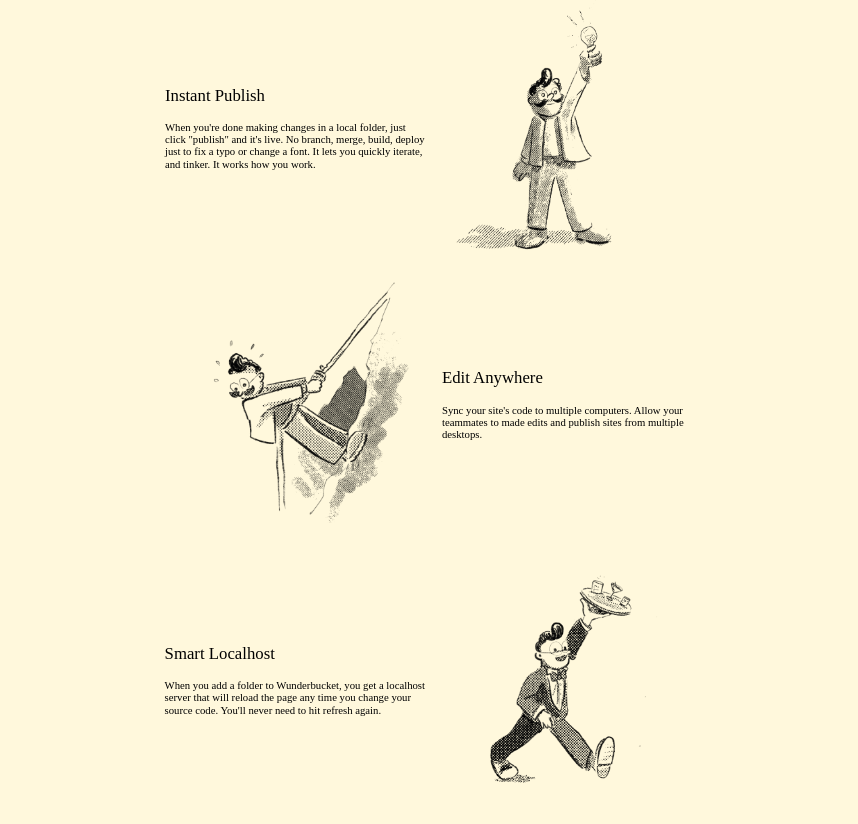
Repository: Pbemits/TEAMWORK-PROJECT-ONE
Page: index.html
An editor plug-in stored every save of this project. The page is shown before and after the next save, followed by the edit.
The browser window is 1280 px wide. The pictures show the whole page, at 67% of full size.
Some web fonts or font styles are not loaded; a fallback is used.

Above is the page before, as saved 2023-09-01 23:24:36.

After the next save:
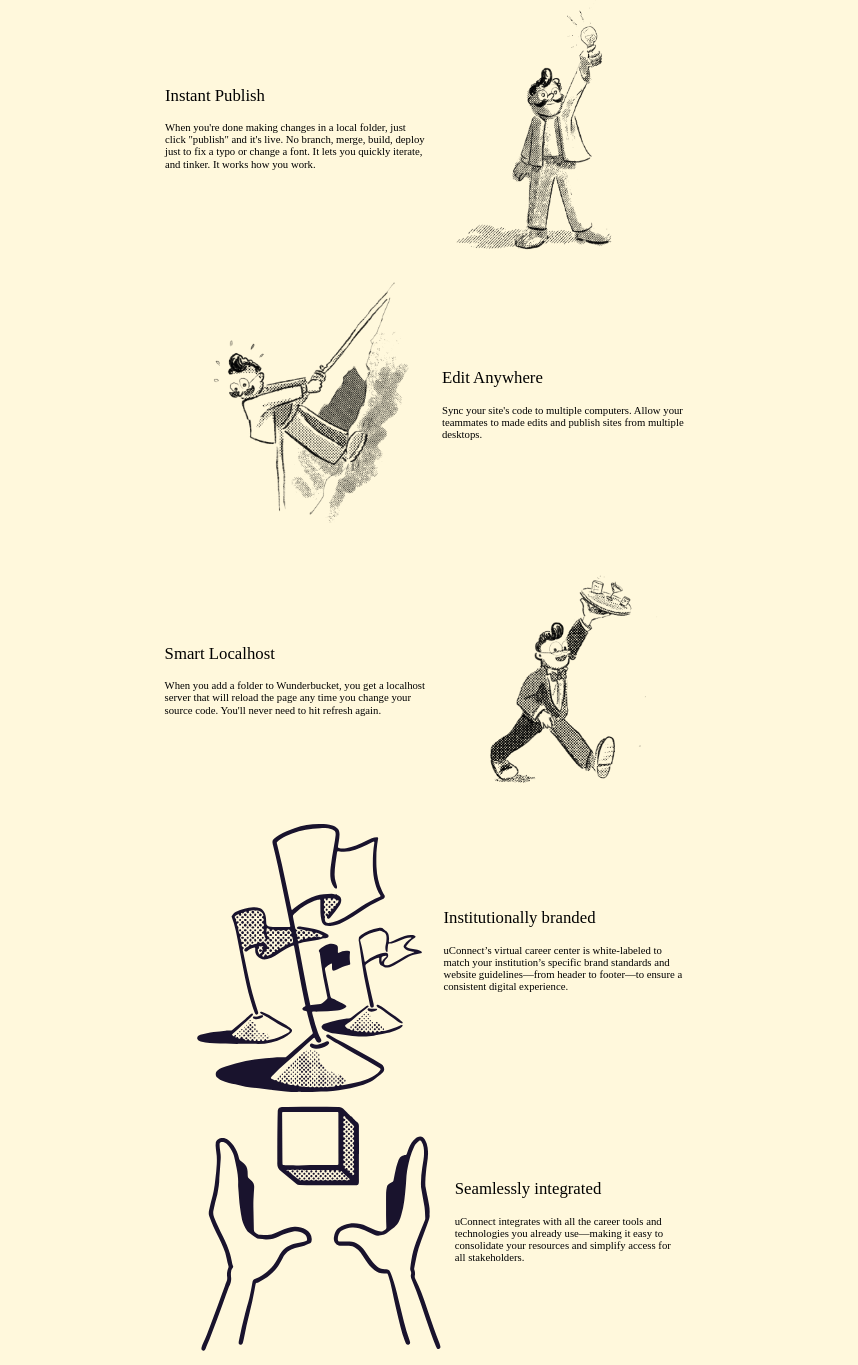
Saved 56 min 31 s later.
--- a/index.html
+++ b/index.html
@@ -98,6 +98,59 @@
         </div>
         <!-- END CONTENT-SECTION-TWO -->
         <!-- END CODE BY XUAN DAI -->
+
+        <!-- CODE BY XUAN DAI -->
+    <div class="content-section-one">
+        <!-- WRAPPER ONE -->
+        <div class="content-wrapper-element-one">
+            <div class="wrapper-element-one">
+                <div class="wrapper-element-image">
+                    <div class="element-img">
+                        <img src="./assets/image/flags.svg" alt="flags">
+                    </div>
+                </div>
+            </div>
+
+            <div class="wrapper-element-two">
+                <div class="wrapper-element-texts">
+                    <div class="element-text-h3">
+                        <h3>Institutionally branded</h3>
+                    </div>
+
+                    <div class="element-texts-paragraph">
+                        <p>uConnect’s virtual career center is white-labeled to<br> match your institution’s specific brand standards and<br> website guidelines—from header to footer—to ensure a<br> consistent digital experience.</p>
+                    </div>
+                </div>
+            </div>
+        </div>
+        <!--END WRAPPER ONE -->
+
+        <!-- WRAPPER TWO -->
+        <div class="content-wrapper-element-two">
+            <div class="wrapper-element-one">
+                <div class="wrapper-element-image">
+                    <div class="element-img">
+                        <img src="./assets/image/hands.svg" alt="flags">
+                    </div>
+                </div>
+            </div>
+
+            <div class="wrapper-element-two">
+                <div class="wrapper-element-texts">
+                    <div class="element-text-h3">
+                        <h3>Seamlessly integrated</h3>
+                    </div>
+
+                    <div class="element-texts-paragraph">
+                        <p>uConnect integrates with all the career tools and<br> technologies you already use—making it easy to<br> consolidate your resources and simplify access for<br> all stakeholders.</p>
+                    </div>
+                </div>
+            </div>
+        </div>
+        <!-- END WRAPPER TWO -->
+
+    </div>
+    <!-- END CODE BY XUAN DAI -->
     </div>
     <!-- TODO: FOOTER MAIN -->
     <div id="footer-main">
